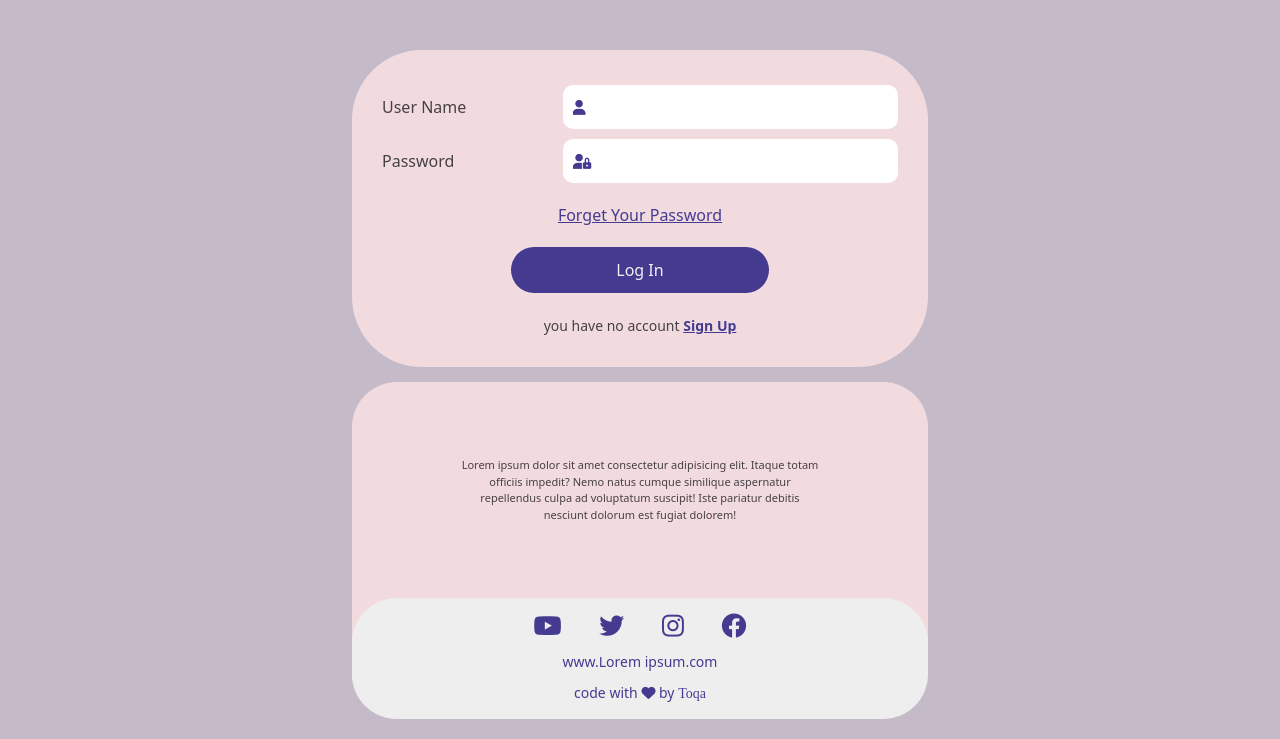
Repository: Toqa-25/register-page-one
Page: log in/index.html
These files come from the project's save history. The page is drawn as it stood at one moment and after the next save; the edit follows.
The browser window is 1280 px wide. The pictures show the whole page.
Some web fonts or font styles are not loaded; a fallback is used. Some web libraries are served in a nearby version.

Above is the page before, as saved 2021-12-26 16:42:55.

After the next save:
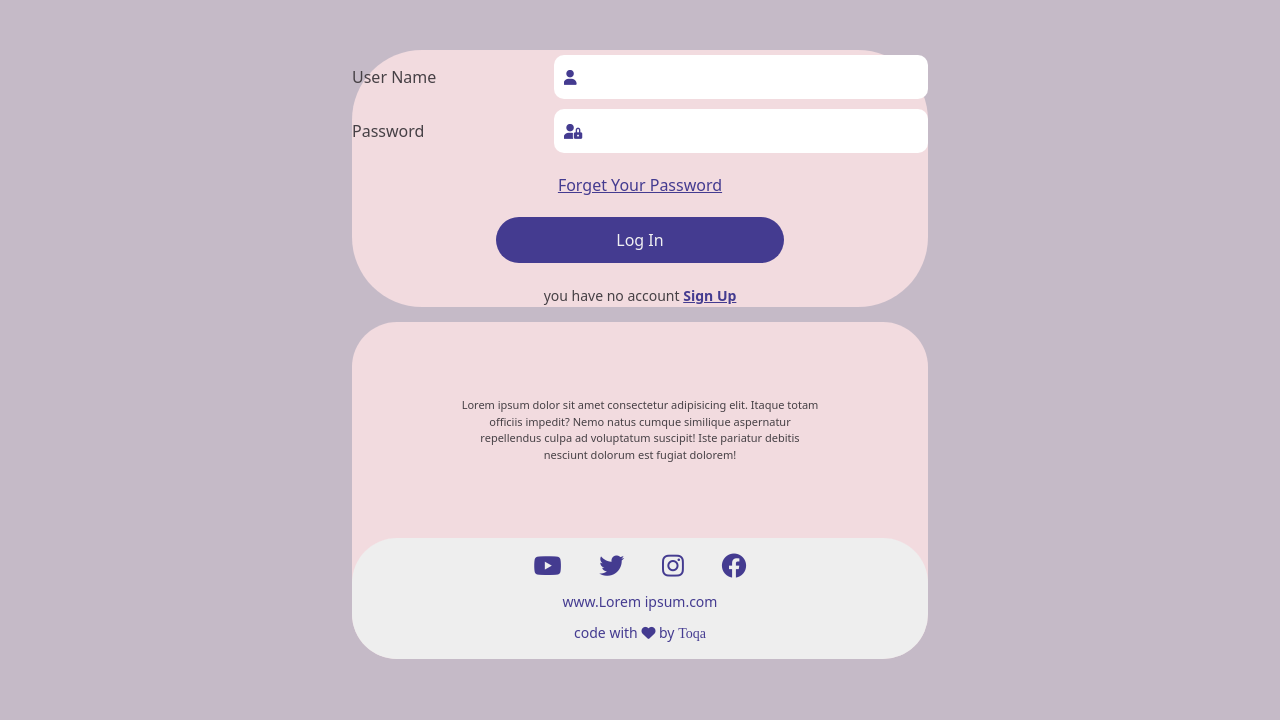
Saved 4 s later.
--- a/css/style.css
+++ b/css/style.css
@@ -188,7 +188,7 @@
 /**********************************************************************/
  /* sign-up page */
  #sign-form{
-
+col
 padding: 30px;
 }
    .form-input {

After the 3 saves that followed:
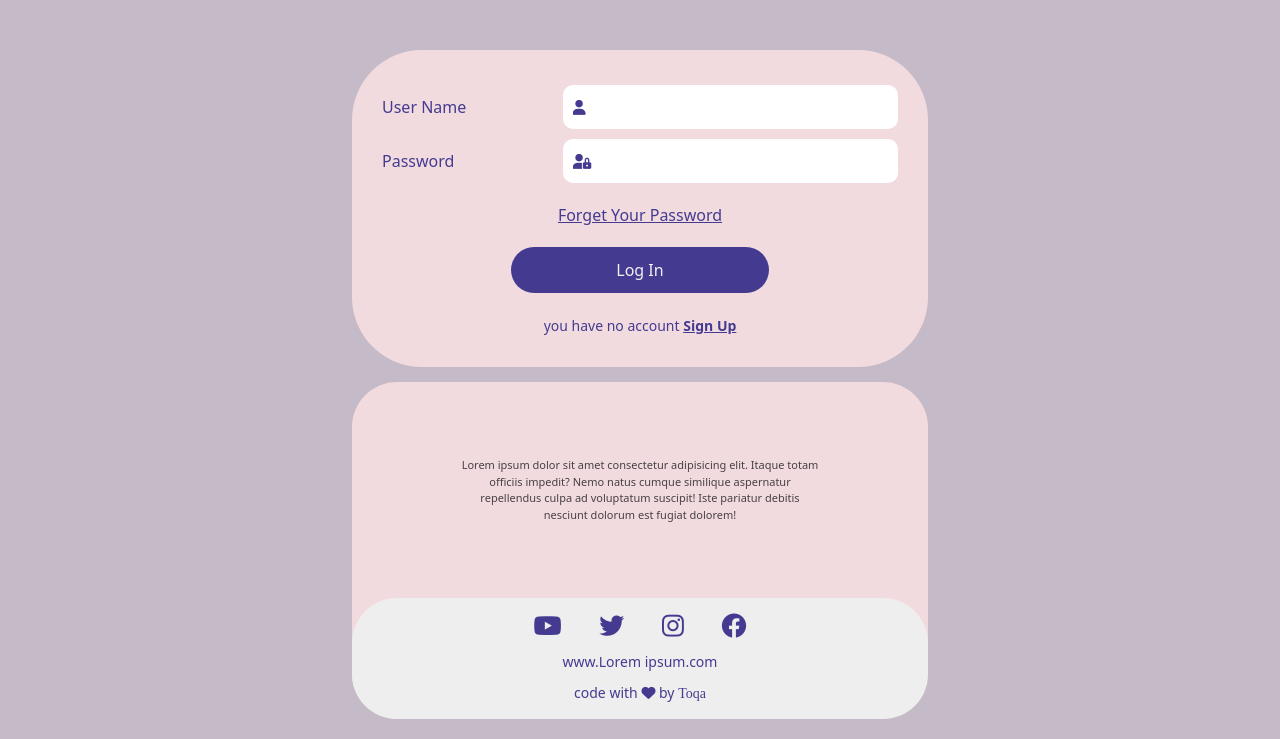
The 3 saves are shown as one change because they came seconds apart.
The last was saved 12 s later.
--- a/css/style.css
+++ b/css/style.css
@@ -188,7 +188,7 @@
 /**********************************************************************/
  /* sign-up page */
  #sign-form{
-col
+    color:var(--log-btn-background) ;
 padding: 30px;
 }
    .form-input {
